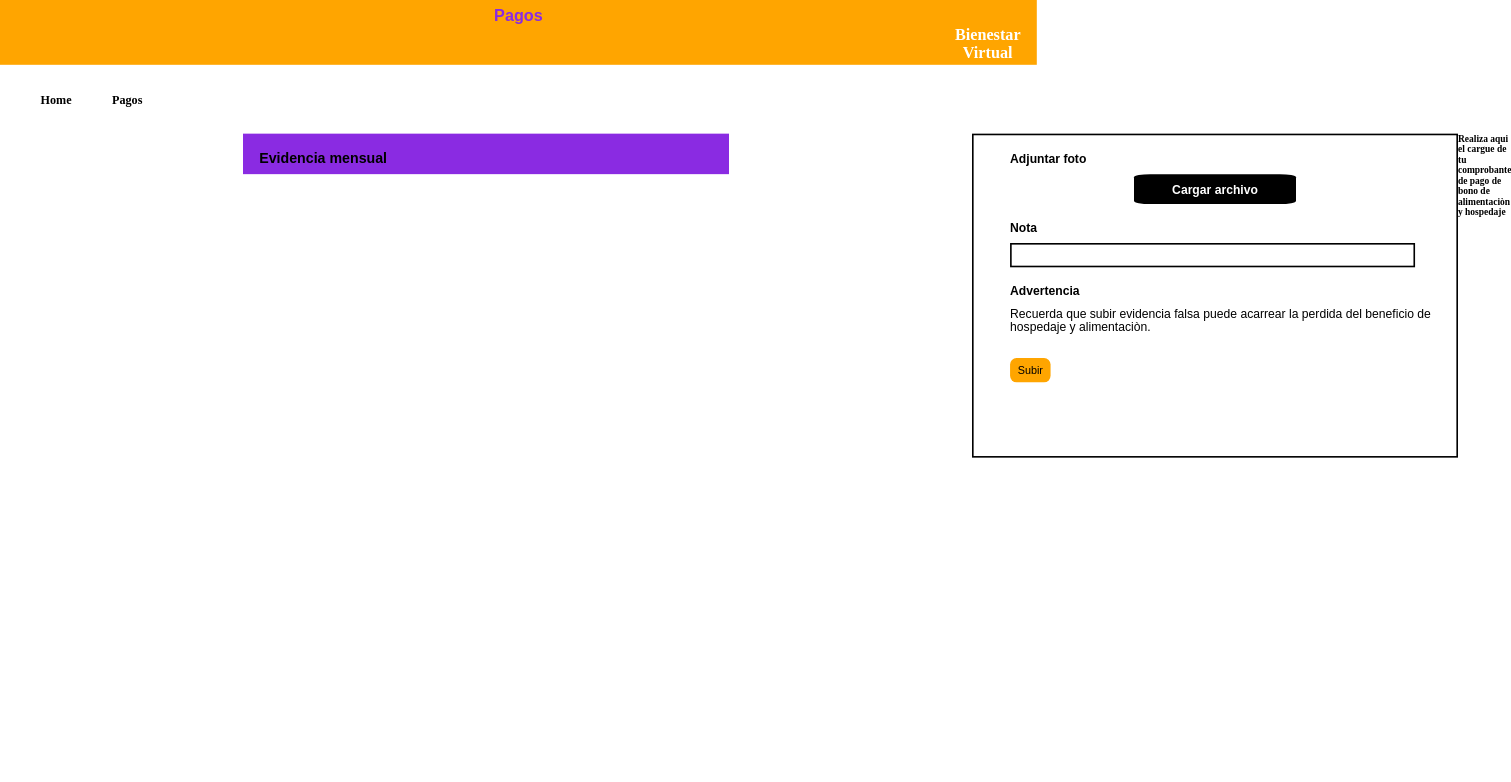
Repository: Diani123/Mis-actividades
Page: softwarebienestarinstitucional/pagos.html
These files come from the project's save history. The page is drawn as it stood at one moment and after a run of saves; the edit follows.
The browser window is 1280 px wide. The page is 1866 px wide, then 1800 px, so the pictures cover 1866 px, including what lies to the right of the window. The pictures show the whole page, at 81% of full size.

Above is the page before, as saved 2023-02-12 20:25:13.

After the next 2 saves:
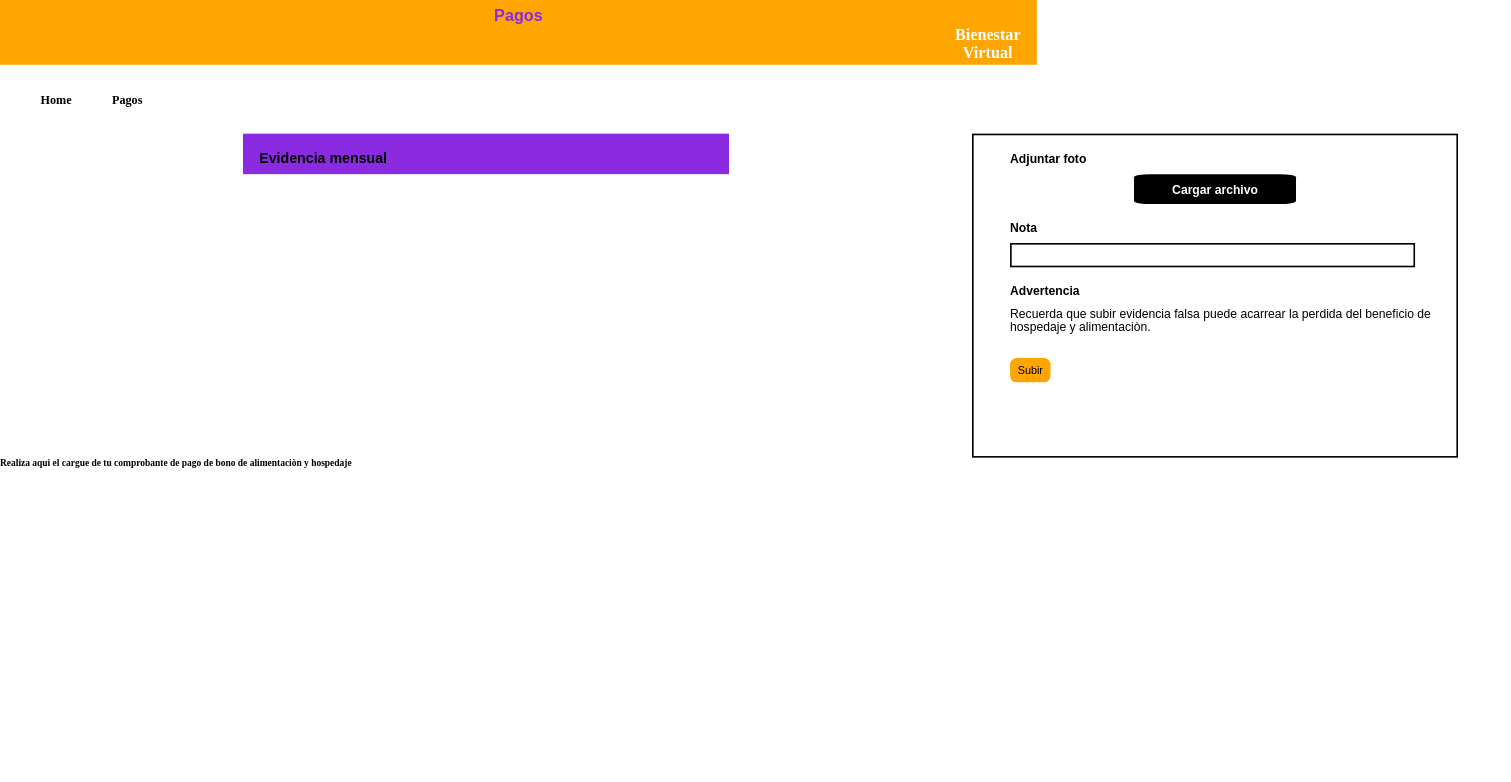
The 2 saves are shown as one change because they came seconds apart.
The last was saved 43 s later.
--- a/softwarebienestarinstitucional/pagos.css
+++ b/softwarebienestarinstitucional/pagos.css
@@ -76,7 +76,7 @@ body {
 }
 .ContainerT {
   display: grid;
-  grid-template-columns: repeat(3, 1fr);
+  grid-template-columns: repeat(2, 1fr);
   grid-template-rows: repeat(2, 1fr);
   grid-column-gap: 0px;
   grid-row-gap: 0px;
